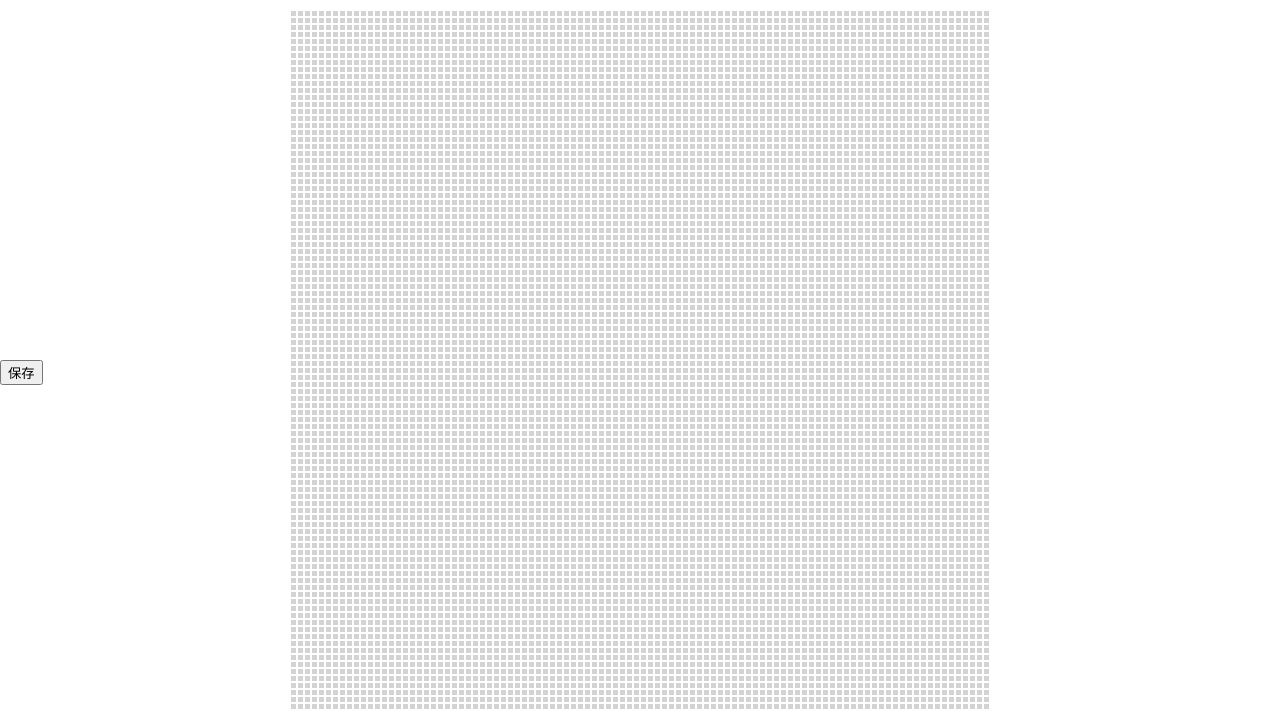
Repository: guchengjie/Frontend-01-Template
Page: week11/code2.html
These files come from the project's save history. The page is drawn as it stood at one moment and after the next save; the edit follows.
The browser window is 1280 px wide. The pictures show the whole page.

Above is the page before, as saved 2020-06-20 19:18:20.

### week11/code2.html
<!DOCTYPE html>
<html lang="zh-CN">
<head>
	<meta charset="UTF-8">
	<meta name="viewport" content="width=device-width, initial-scale=1.0">
	<link rel="stylesheet" href="./index.css">
	<title>Path Editor</title>
</head>
<body>
	<div id="canvas"></div>
	<aside>
		<button id="save">保存</button>
		<span id="prompt"></span>
	</aside>

	<script src="./index.js"></script>
</body>
</html>

### week11/index.css
html, body { width: 100%; height: 100%; }
body { display: flex; margin: 0; }
#canvas {
	margin: auto;
	width: 700px;
	font-size: 0;
}
.cell {
	display: inline-block;
	margin: 1px;
	width: 5px;
	height: 5px;
	background-color: lightgray;
}
aside {
	position: fixed;
	left: 0;
	top: 50%;
}
#prompt { display: block; }

### week11/index.js
function init(el) {
	addCells(el)
	fillAllCell(el)
}

function addCells(el) {
	let fragment = document.createDocumentFragment()

	for (let i = 1; i <= SIZE; i++) {
		let cell = document.createElement('span')
		cell.classList.add('cell')
		fragment.appendChild(cell)
	}

	el.appendChild(fragment)
}

function fillAllCell(el) {
	let cellsEl = el.children

	for (let i = 0; i < SIZE; i++) {
		if (boardData[i] === 1) {
			cellsEl[i].style.backgroundColor = 'black'
		}
	}
}

function fillCurCell(e) {
	if (e.target.nodeName === 'SPAN') {
		const index = Array.from(e.target.parentElement.children).indexOf(e.target)
		if (curStuff === 1) {
			// 填充
			if (boardData[index] === 0) {
				boardData[index] = 1
				e.target.style.backgroundColor = 'black'
			}
		} else if (curStuff === 0) {
			// 擦除
			if (boardData[index] === 1) {
				boardData[index] = 0
				e.target.style.backgroundColor = 'lightgray'
			}
		}
	}
}

/********** begin *************/
const SIZE = 10000
let boardData = localStorage.board
	? JSON.parse(localStorage.board)
	: new Array(SIZE).fill(0)
let curStuff = 1 // 0：橡皮擦，1：画笔

const canvas = document.getElementById('canvas')
canvas.addEventListener('mousedown', e => {
	// 1：鼠标左键，2：鼠标右键
	if (e.buttons === 1) curStuff = 1
	else if (e.buttons === 2) curStuff = 0

	canvas.addEventListener('mouseover', fillCurCell)
	canvas.addEventListener('mouseup', () => {
		canvas.removeEventListener('mouseover', fillCurCell)
	})
})
// 阻止右键菜单弹出
canvas.addEventListener('contextmenu', e => {
	e.preventDefault()
})
document.body.addEventListener('mouseup', () => {
	canvas.removeEventListener('mouseover', fillCurCell)
})

const saveBtn = document.getElementById('save')
const prompt = document.getElementById('prompt')
saveBtn.addEventListener('click', () => {
	try {
		localStorage.board = JSON.stringify(boardData)
		prompt.textContent = '保存成功'
	} catch (e) {
		prompt.textContent = '保存失败'
	}

	setTimeout(() => {
		prompt.textContent = ''
	}, 1000);
});

function path(map, start, end) {
	let queue = [start];

	while(queue.length) {
		const [x, y] = queue.shift();
		queue.push([x - 1, y]);
		queue.push([x + 1, y]);
		queue.push([x, y - 1]);
		queue.push([x, y + 1]);
	}
}

init(canvas)

After the next save:
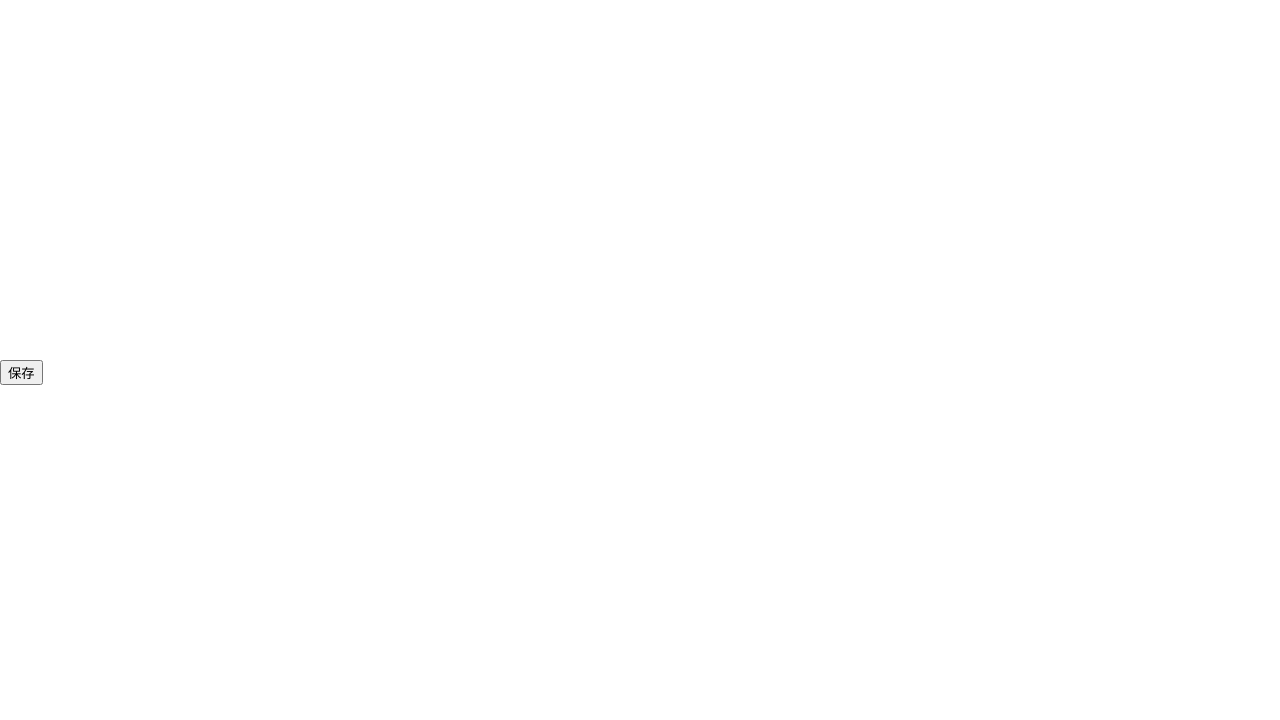
Console error: SyntaxError: Unexpected token ')'
Saved 3 min 2 s later.
--- a/week11/index.js
+++ b/week11/index.js
@@ -85,8 +85,16 @@
 	}, 1000);
 });
 
-function path(map, start, end) {
+function findPath(map, start, end) {
 	let queue = [start];
+	map = map.slice();
+
+	function insert(x, y) {
+		if (map[100 * y + x] !== 0) {
+			return;
+		}
+		if ()
+	}
 
 	while(queue.length) {
 		const [x, y] = queue.shift();

After the save that followed:
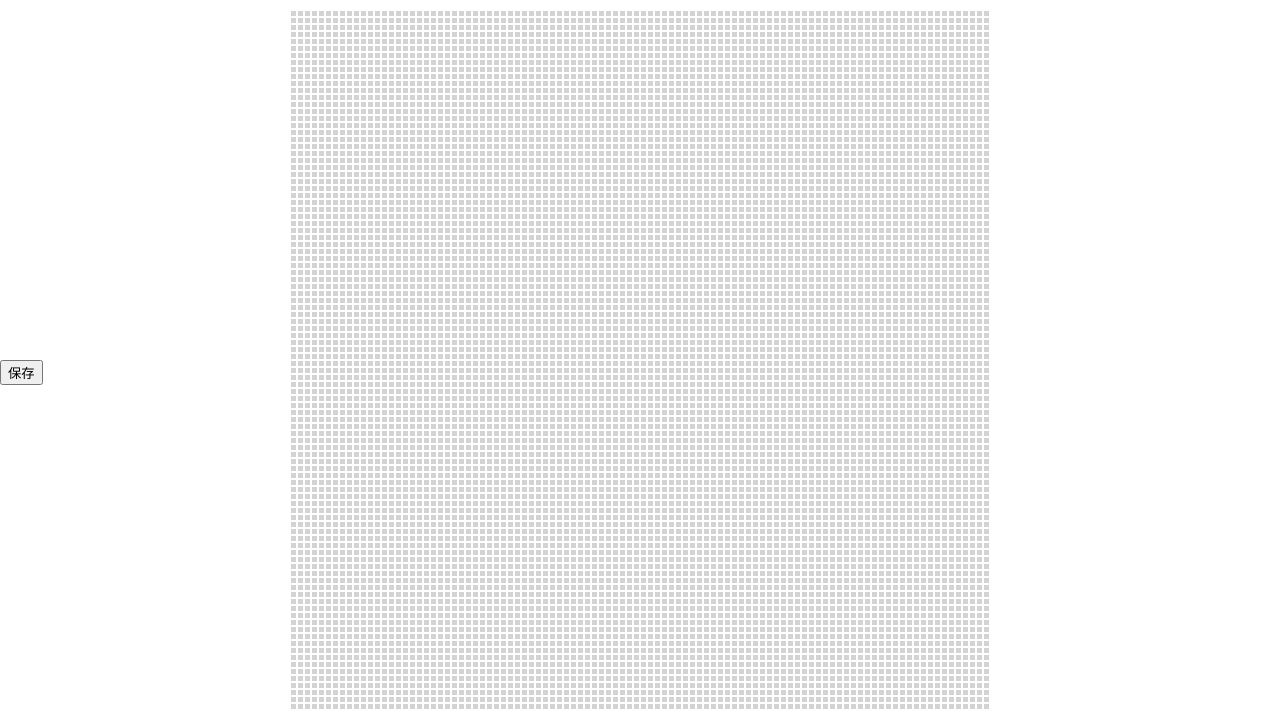
The error is gone.
Saved 69 s later.
--- a/week11/index.js
+++ b/week11/index.js
@@ -93,7 +93,11 @@
 		if (map[100 * y + x] !== 0) {
 			return;
 		}
-		if ()
+		if (x < 0 || y < 0 || x >= 100 || y >= 100) {
+			return;
+		}
+		map[100 * y + x] = 2;
+		queue.push(x, y);
 	}
 
 	while(queue.length) {
